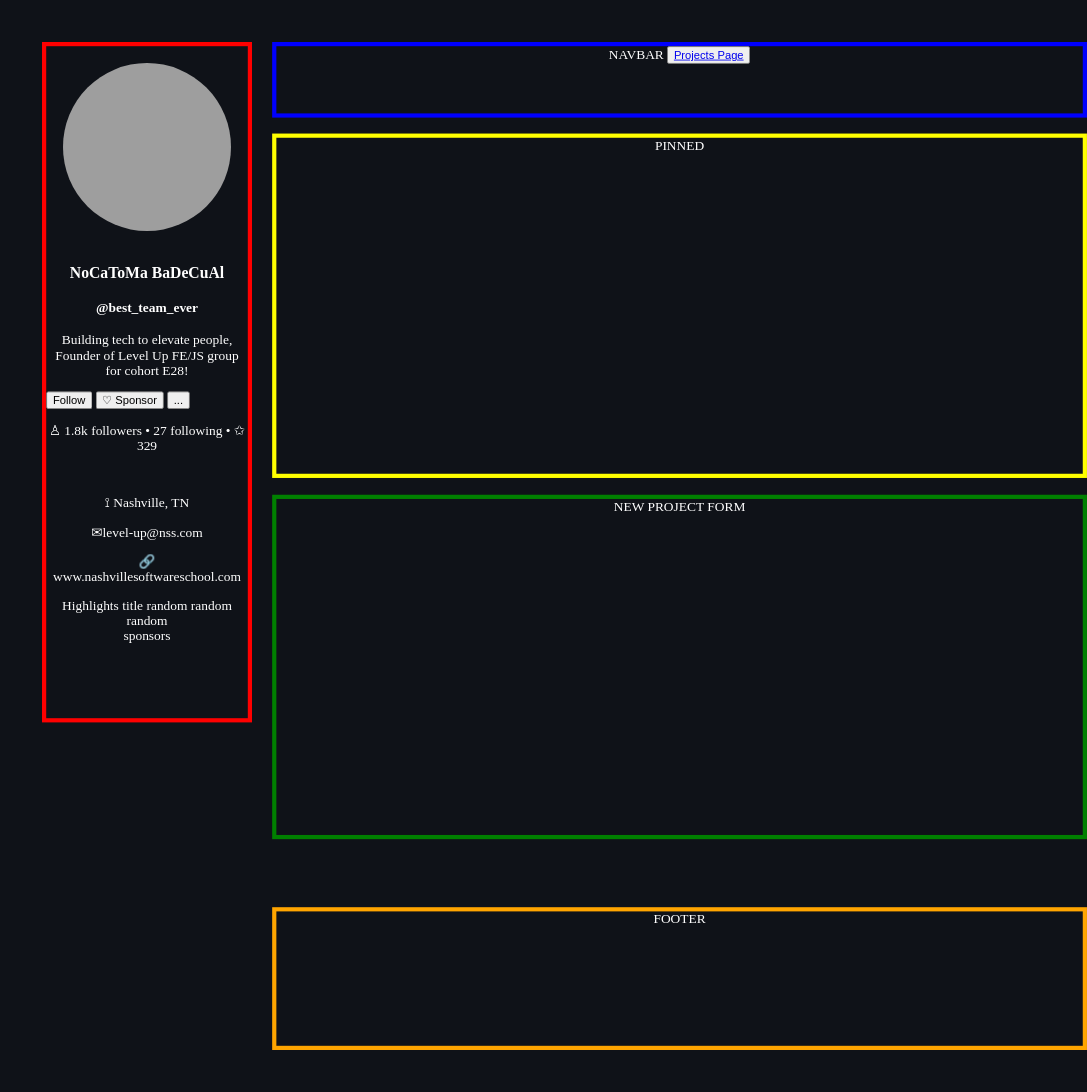
Repository: nss-evening-cohort-28/nss-evening-cohort-28-classroom-gitsub-Q1-project-gitsub
Page: index.html
An editor plug-in stored every save of this project. The page is shown before and after the next save, followed by the edit.
The browser window is 1280 px wide. The page is 1294 px wide, so the pictures cover 1294 px, including what lies to the right of the window. The pictures show the whole page, at 84% of full size.
Pictures or frames that could not be fetched are drawn as grey boxes.

Above is the page before, as saved 2024-08-07 20:21:32.

After the next save:
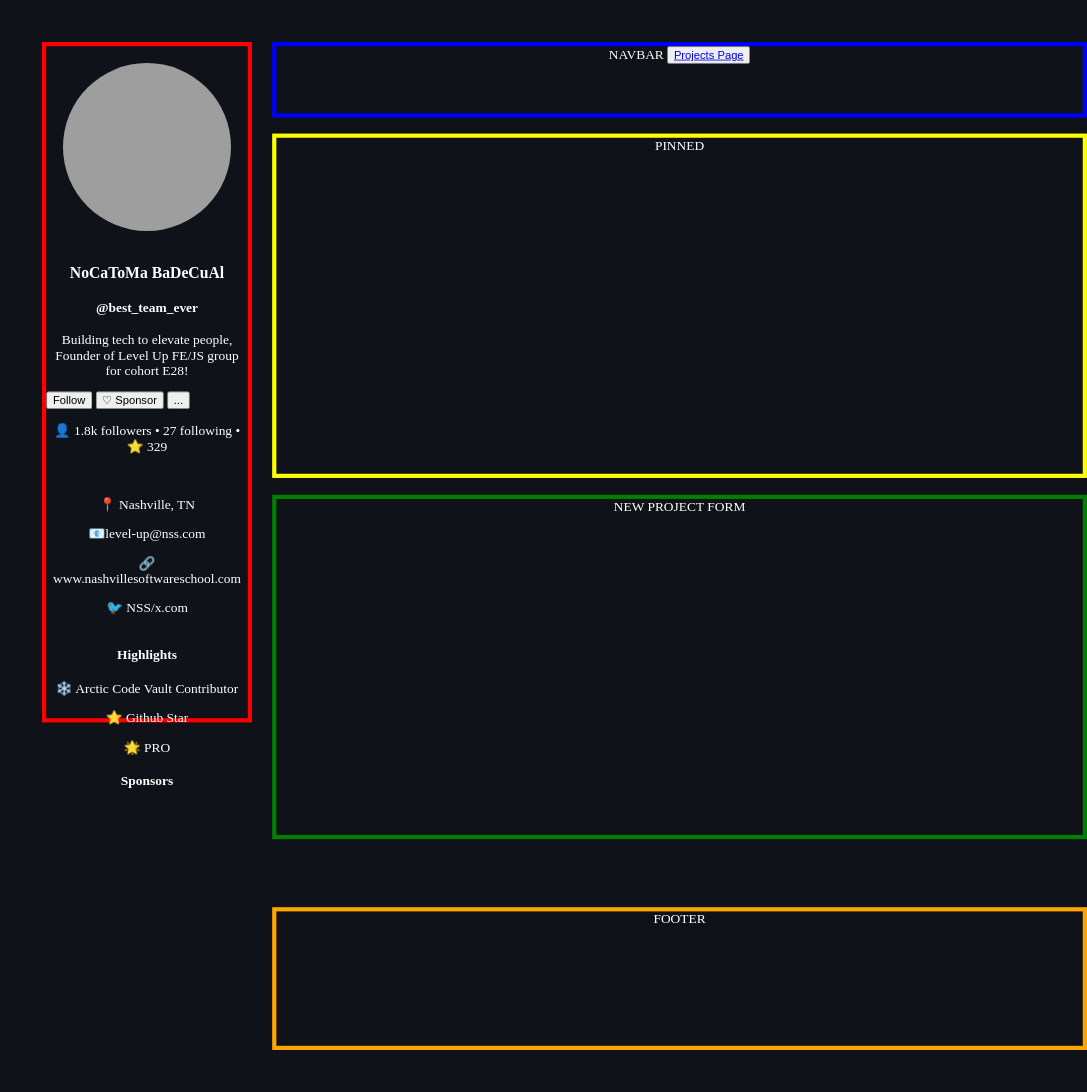
Saved 5 min 33 s later.
--- a/index.html
+++ b/index.html
@@ -24,21 +24,23 @@
               </div>
             </div>
             <div class="profile-section-body">
-              <p>♙ 1.8k followers • 27 following • ✩ 329</p>
+              <p>👤 1.8k followers • 27 following • ⭐️ 329</p>
               <br>
-              <p>⟟ Nashville, TN</p>
-              <p>✉level-up@nss.com</p>
+              <p>📍 Nashville, TN</p>
+              <p>📧level-up@nss.com</p>
               <p>🔗 www.nashvillesoftwareschool.com</p>
+              <p>🐦 NSS/x.com</p>
             </div>
           </div>
           <div class="middle-section">
-            Highlights title
-            random
-            random
-            random
+            <h4>Highlights</h4>
+            <p>❄️ Arctic Code Vault Contributor</p>
+            <p>⭐️ Github Star</p>
+            <p>🌟 PRO</p>
           </div>
           <div class="bottom-section">
-            sponsors
+            <h4>Sponsors</h4>
+            <img src="" class="sponsor-pic">
           </div>
         </div>
         <div class="flexContainer">
